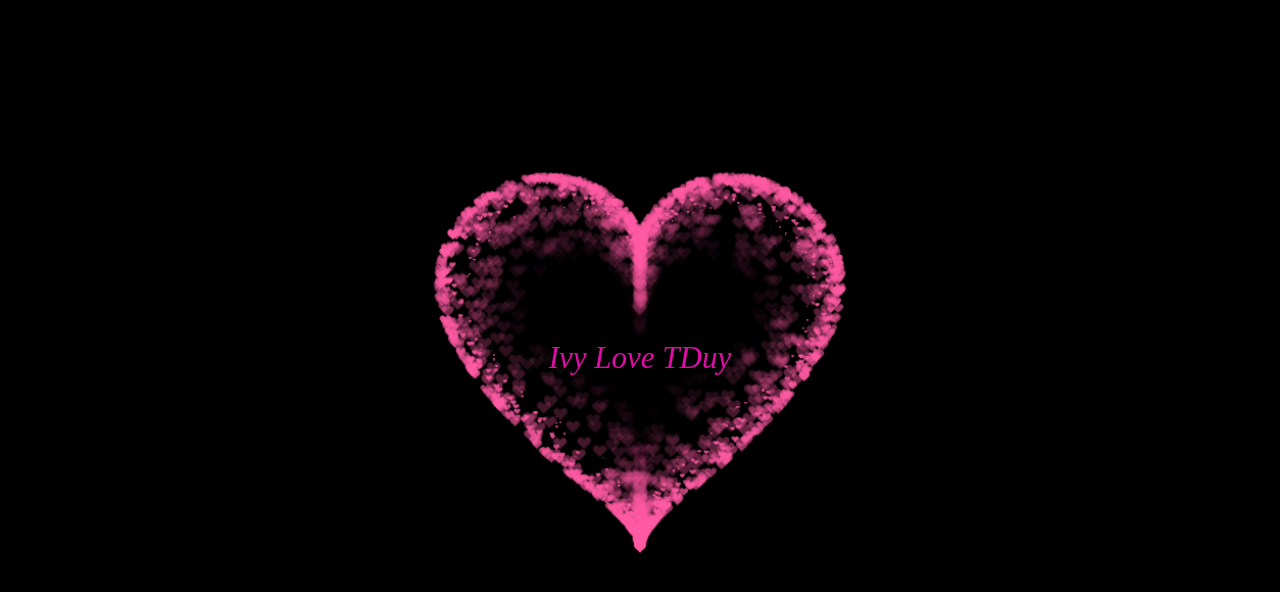
Repository: thaiduy1704/Heart
Page: index.html
The author's editor kept a copy of each file at every save. The page is drawn from the files as they stood at one save, then again after the next save.
The browser window is 1280 px wide. The pictures show the whole page.

Above is the page before, as saved 2022-11-10 17:22:35.

After the next save:
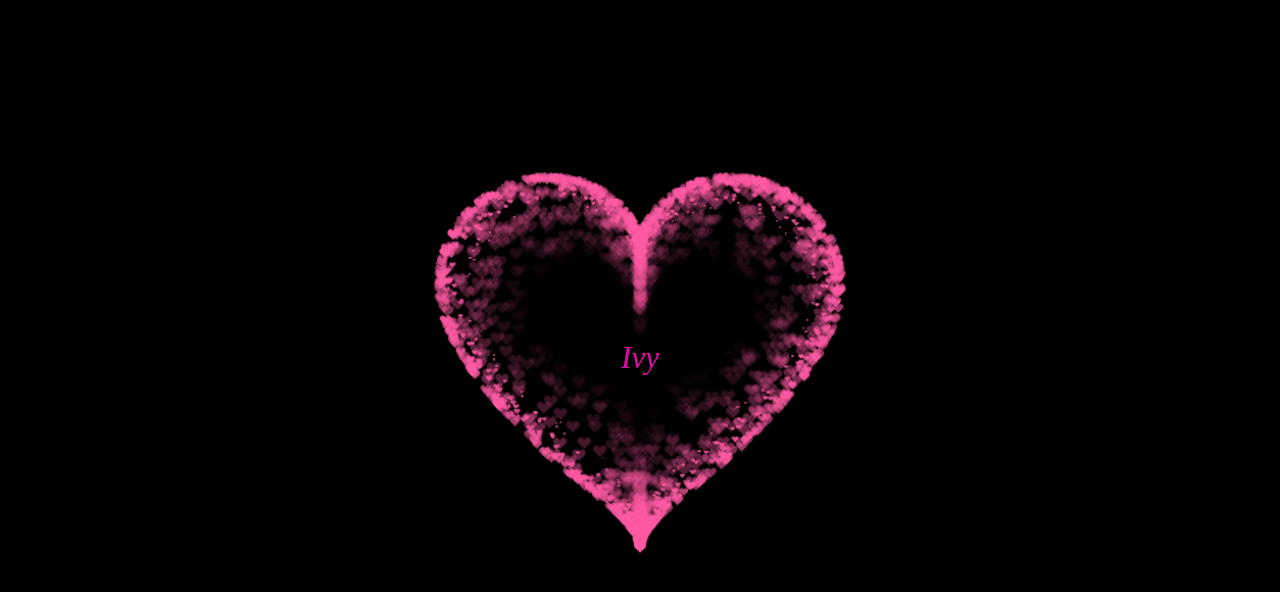
Saved 11 s later.
--- a/index.html
+++ b/index.html
@@ -331,6 +331,6 @@ var ParticlePool = (function() {
         align-items: center;
         justify-content: center;
         margin-bottom: 5px;
-        text-align: center;">Ivy Love TDuy</div>
+        text-align: center;">Ivy</div>
  </BODY>
 </HTML>
